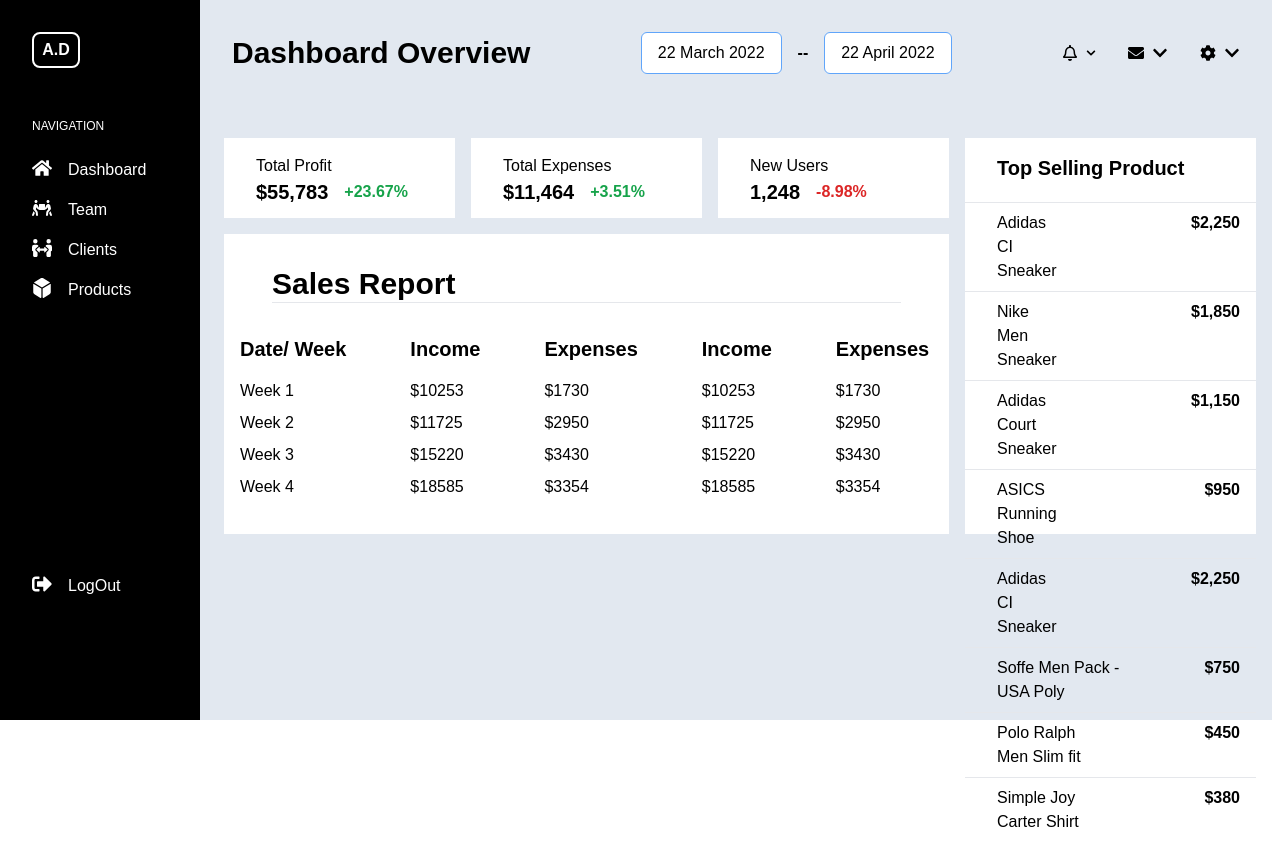
Repository: AngusOnyebuchi/Dashboard
Page: /dashboard
These files come from the project's save history. The page is drawn as it stood at one moment and after the next save; the edit follows.
The browser window is 1280 px wide. The pictures show the whole page.
The page's requests for data from a server got no answer. The project was rebuilt for these pictures with package versions that can differ from the ones it lists, and the page was loaded fresh each time. No one was signed in, and anything a server would have sent is missing. Also part of the build but not shown: src/components/Login.js, src/components/Register.js, src/components/Team.js, src/components/Clients.js, src/components/Products.js.

Above is the page before, as saved 2022-05-26 16:19:35.

After the next save:
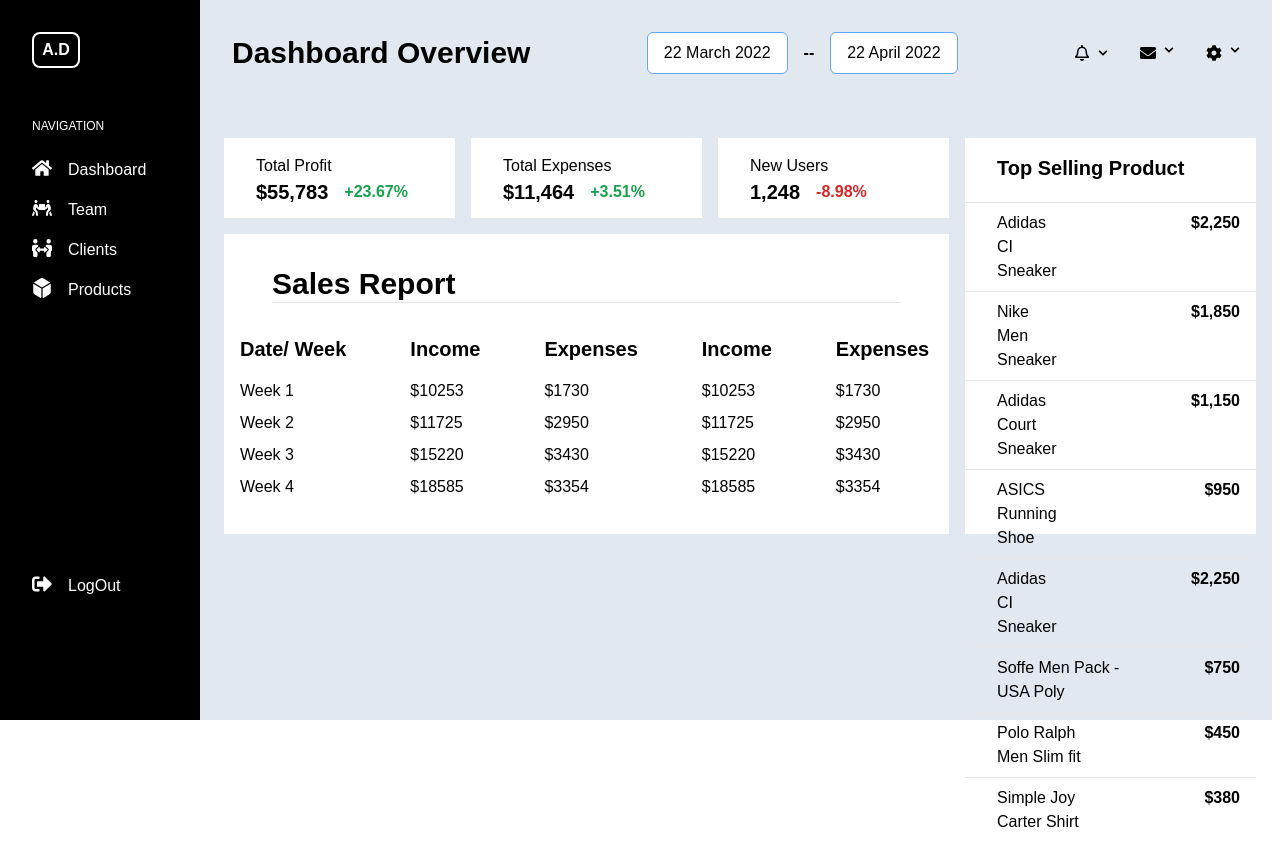
Saved 25 s later.
--- a/src/components/Home.js
+++ b/src/components/Home.js
@@ -30,11 +30,11 @@ export default function Home() {
           </div>
           <div className='flex gap-2 cursor-pointer'>
             <FaEnvelope/>
-            <FaChevronDown/>
+            <FaChevronDown size={10}/>
           </div>
           <div className='flex gap-2 cursor-pointer'>
             <FaCog/>
-            <FaChevronDown/>
+            <FaChevronDown size={10}/>
           </div>
         </div>
 
